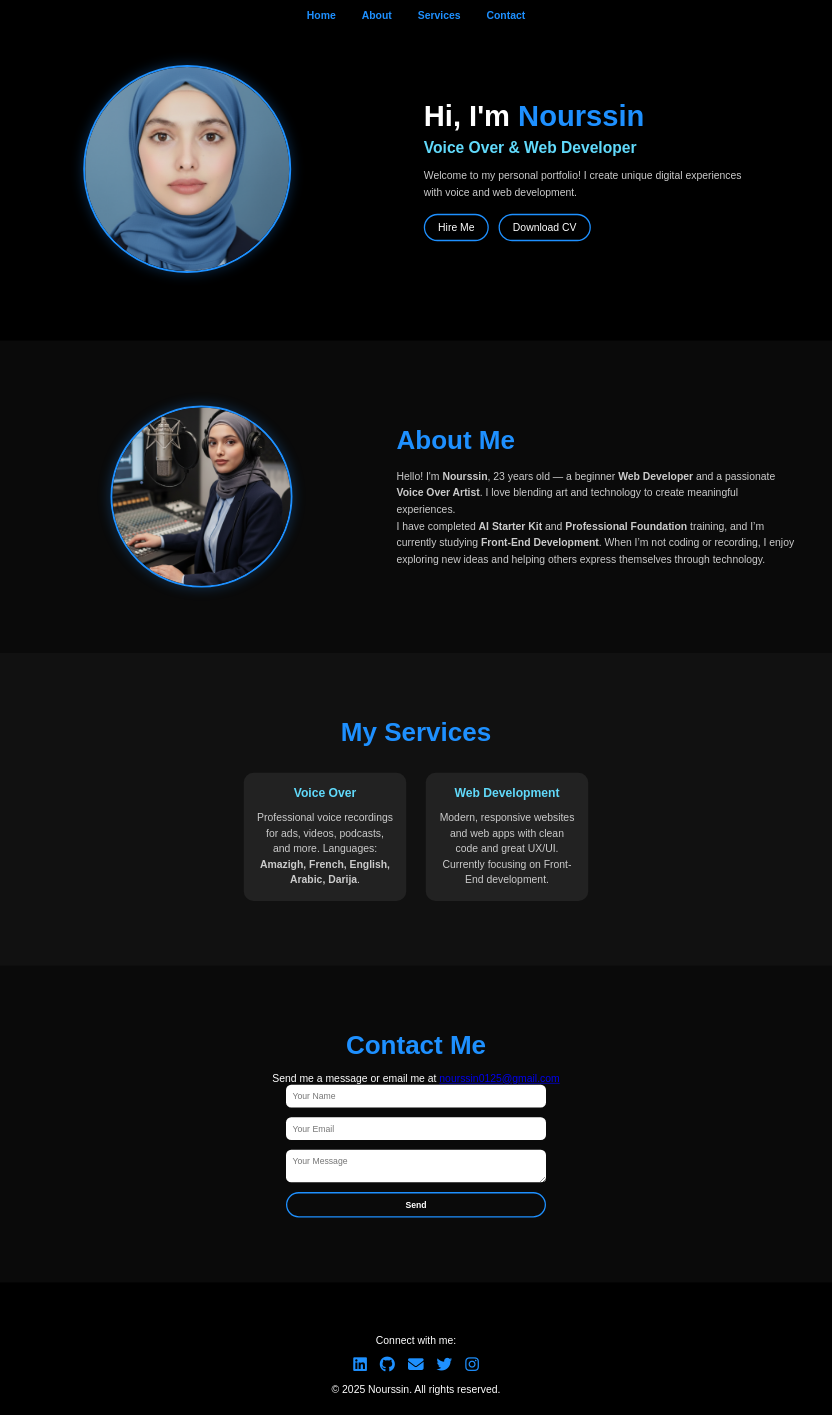
Repository: Abidar-Noura/portfolio
Page: index.html
These files come from the project's save history. The page is drawn as it stood at one moment and after the next save; the edit follows.
The browser window is 1280 px wide. The pictures show the whole page, at 65% of full size.

Above is the page before, as saved 2025-11-02 13:12:30.

### index.html
<!DOCTYPE html>
<html lang="en">
<head>
  <link rel="stylesheet" href="https://cdnjs.cloudflare.com/ajax/libs/font-awesome/6.4.0/css/all.min.css"/>
  <meta charset="UTF-8">
  <meta name="viewport" content="width=device-width, initial-scale=1.0">
  <title>Portfolio - Nourssin</title>
  <link rel="stylesheet" href="style.css">
</head>
<body>

  <!-- ===== HEADER / NAVIGATION ===== -->
  <header>
    <nav>
      <ul>
        <li><a href="#home">Home</a></li>
        <li><a href="#about">About</a></li>
        <li><a href="#services">Services</a></li>
        <li><a href="#contact">Contact</a></li>
      </ul>
    </nav>
  </header>

  <!-- ===== HOME SECTION ===== -->
  <section class="home" id="home">
    <div class="home-content">
      <h1>Hi, I'm <span>Nourssin</span></h1>
      <h2>Voice Over & Web Developer</h2>
      <p>Welcome to my personal portfolio! I create unique digital experiences with voice and web development.</p>
      <div class="buttons">
        <a href="#contact" class="btn hire">Hire Me</a>
        <a href="files/Nourssin-CV.pdf" class="btn" download>Download CV</a>

      </div>
    </div>
    <div class="home-img">
      <img src="images/profile.png" alt="Nourssin Profile">
    </div>
  </section>



  <!-- ===== ABOUT SECTION ===== -->
 <section id="about" class="about">
  <div class="about-content">

    <!-- الصورة فاليسار -->
    <div class="about-img">
      <img src="images/nourssin-about.png" alt="Nourssin About Photo">
    </div>

    <!-- النص فاليمين -->
    <div class="about-text">
      <h2>About Me</h2>
      <p>
        Hello! I'm <strong>Nourssin</strong>, 23 years old — a beginner <strong>Web Developer</strong> and a passionate <strong>Voice Over Artist</strong>.
        I love blending art and technology to create meaningful experiences.
      </p>
      <p>
        I have completed <strong>AI Starter Kit</strong> and <strong>Professional Foundation</strong> training, and I’m currently studying <strong>Front-End Development</strong>.
        When I’m not coding or recording, I enjoy exploring new ideas and helping others express themselves through technology.
      </p>
    </div>

  </div>
</section>




  <!-- ===== SERVICES SECTION ===== -->
  <section id="services" class="services">
  <h2>My Services</h2>

  <div class="service-cards">

    <!-- Voice Over -->
    <div class="card">
      <h3>Voice Over</h3>
      <p>
        Professional voice recordings for ads, videos, podcasts, and more.
        Languages: <strong>Amazigh, French, English, Arabic, Darija</strong>.
      </p>
    </div>

    <!-- Web Development -->
    <div class="card">
      <h3>Web Development</h3>
      <p>
        Modern, responsive websites and web apps with clean code and great UX/UI.
        Currently focusing on Front-End development.
      </p>
    </div>

  </div>
</section>

  <!-- ===== CONTACT SECTION ===== -->
  <section class="contact" id="contact">
    <h2>Contact Me</h2>
    <p>Send me a message or email me at <a href="mailto:nourssin0125@gmail.com">nourssin0125@gmail.com</a></p>
    <form>
      <input type="text" placeholder="Your Name" required>
      <input type="email" placeholder="Your Email" required>
      <textarea placeholder="Your Message" required></textarea>
      <button type="submit">Send</button>
    </form>
  </section>
<!-- ===== FOOTER ===== -->
<footer>
  <p>Connect with me:</p>
  <div class="footer-socials">
    <a href="https://www.linkedin.com/in/nourssin" target="_blank"><i class="fab fa-linkedin"></i></a>
    <a href="https://github.com/Nourssin" target="_blank"><i class="fab fa-github"></i></a>
    <a href="mailto:nourssin@example.com"><i class="fas fa-envelope"></i></a>
    <a href="https://twitter.com/Nourssin" target="_blank"><i class="fab fa-twitter"></i></a>
    <a href="https://instagram.com/Nourssin" target="_blank"><i class="fab fa-instagram"></i></a>
  </div>
  <p>&copy; 2025 Nourssin. All rights reserved.</p>
</footer>

</body>
</html>

### style.css
/* ===== RESET ===== */
* {
  margin: 0;
  padding: 0;
  box-sizing: border-box;
  font-family: 'Poppins', sans-serif;
}

/* ===== BODY ===== */
body {
  background-color: #000;
  color: #fff;
  scroll-behavior: smooth;
}

/* ===== HEADER ===== */
header {
  position: fixed;
  top: 0;
  width: 100%;
  background-color: #000;
  z-index: 1000;
  padding: 15px 0;
}

header nav ul {
  display: flex;
  justify-content: center;
  list-style: none;
  gap: 40px;
}

header nav ul li a {
  text-decoration: none;
  color: #1E90FF;
  font-weight: bold;
  transition: 0.3s;
}

header nav ul li a:hover {
  color: #61dafb;
}

/* ===== HOME SECTION ===== */
.home {
  display: flex;
  align-items: center;
  justify-content: space-between;
  padding: 100px 10%;
  background-color: #000;
  color: #fff;
  flex-wrap: wrap;
}

/* الصورة فاليسار */
.home-img {
  order: 1;
}

.home-img img {
  width: 320px;
  height: 320px;
  border-radius: 50%;
  border: 3px solid #1E90FF;
  object-fit: cover;
  box-shadow: 0 0 20px rgba(30,144,255,0.3);
  transition: transform 0.3s ease;
}

.home-img img:hover {
  transform: scale(1.05) rotate(2deg);
}

/* النص فاليمين */
.home-content {
  max-width: 500px;
  order: 2;
}

.home-content h1 {
  font-size: 2.8rem;
  margin-bottom: 10px;
}

.home-content h1 span {
  color: #1E90FF;
}

.home-content h2 {
  color: #61dafb;
  font-size: 1.5rem;
  margin-bottom: 15px;
}

.home-content p {
  color: #ccc;
  margin-bottom: 20px;
  line-height: 1.6;
}

.buttons {
  display: flex;
  gap: 15px;
}

.btn {
  text-decoration: none;
  color: white;
  padding: 10px 20px;
  border: 2px solid #1E90FF;
  border-radius: 25px;
  transition: 0.3s;
}

.btn:hover {
  background-color: #1E90FF;
  color: black;
}

/* ===== ABOUT SECTION ===== */
.about {
  padding: 100px 50px;
  background-color: #0a0a0a;
  color: #fff;
}

.about-content {
  display: flex;
  align-items: center;
  justify-content: space-between;
  gap: 40px;
  flex-wrap: wrap;
}

.about-text {
  flex: 1 1 400px;
}

.about-text h2 {
  color: #1E90FF;
  font-size: 2.5rem;
  margin-bottom: 20px;
}

.about-text p {
  color: #ccc;
  line-height: 1.6;
}

.about-img {
  flex: 1 1 300px;
  display: flex;
  justify-content: center;
}

.about-img img {
  width: 280px;
  height: 280px;
  border-radius: 50%;
  border: 3px solid #1E90FF;
  object-fit: cover;
  box-shadow: 0 0 20px rgba(30,144,255,0.3);
}

/* ===== SERVICES SECTION ===== */
.services {
  padding: 100px 50px;
  background-color: #111;
  color: #fff;
  text-align: center;
}

.services h2 {
  color: #1E90FF;
  margin-bottom: 40px;
  font-size: 2.5rem;
}

.service-cards {
  display: flex;
  flex-wrap: wrap;
  gap: 30px;
  justify-content: center;
}

.card {
  background-color: #222;
  padding: 20px;
  border-radius: 15px;
  width: 250px;
  transition: transform 0.3s, box-shadow 0.3s;
}

.card:hover {
  transform: translateY(-10px);
  box-shadow: 0 10px 20px rgba(30, 144, 255, 0.5);
}

.card h3 {
  color: #61dafb;
  margin-bottom: 15px;
}

.card p {
  color: #ccc;
  line-height: 1.5;
}

/* ===== CONTACT SECTION ===== */
.contact {
  padding: 100px 50px;
  background-color: #0a0a0a;
  color: #fff;
  text-align: center;
}

.contact h2 {
  color: #1E90FF;
  margin-bottom: 20px;
  font-size: 2.5rem;
}

.contact form {
  display: flex;
  flex-direction: column;
  gap: 15px;
  max-width: 400px;
  margin: 0 auto;
}

.contact input, .contact textarea {
  padding: 10px;
  border-radius: 8px;
  border: none;
}

.contact button {
  padding: 10px;
  border-radius: 25px;
  border: 2px solid #1E90FF;
  background-color: transparent;
  color: #fff;
  font-weight: bold;
  cursor: pointer;
  transition: 0.3s;
}

.contact button:hover {
  background-color: #1E90FF;
  color: black;
}

/* ===== RESPONSIVE ===== */
@media (max-width: 900px) {
  .home {
    flex-direction: column;
    text-align: center;
  }

  .home-img, .home-content {
    order: unset;
  }

  .home-img img {
    width: 250px;
    height: 250px;
    margin-bottom: 20px;
  }

  .about-content {
    flex-direction: column;
    text-align: center;
  }

  .about-img {
    margin-bottom: 20px;
  }
}
/* ===== Responsive (phones & tablets) ===== */
@media (max-width: 900px) {
  /* نخلي العناصر فوق بعضها */
  .home {
    flex-direction: column;
    text-align: center;
  }

  /* الصورة تطلع فوق */
  .home-img {
    order: 1;
  }

  /* النص ينزل تحت */
  .home-content {
    order: 2;
  }

  .home-img img {
    width: 250px;
    height: 250px;
    margin-bottom: 25px;
  }

  .home-content h1 {
    font-size: 2rem;
  }

  .home-content h2 {
    font-size: 1.2rem;
  }

  .home-content p {
    font-size: 0.95rem;
  }

  .buttons {
    justify-content: center;
  }
}
footer {
  background-color: #000;
  color: #fff;
  text-align: center;
  padding: 30px 20px;
  margin-top: 50px;
}

.footer-socials {
  display: flex;
  justify-content: center;
  gap: 20px;
  margin: 15px 0;
}

.footer-socials a {
  color: #1E90FF;
  font-size: 1.5rem;
  transition: 0.3s;
}

.footer-socials a:hover {
  color: #61dafb;
  transform: scale(1.2);
}

After the next save:
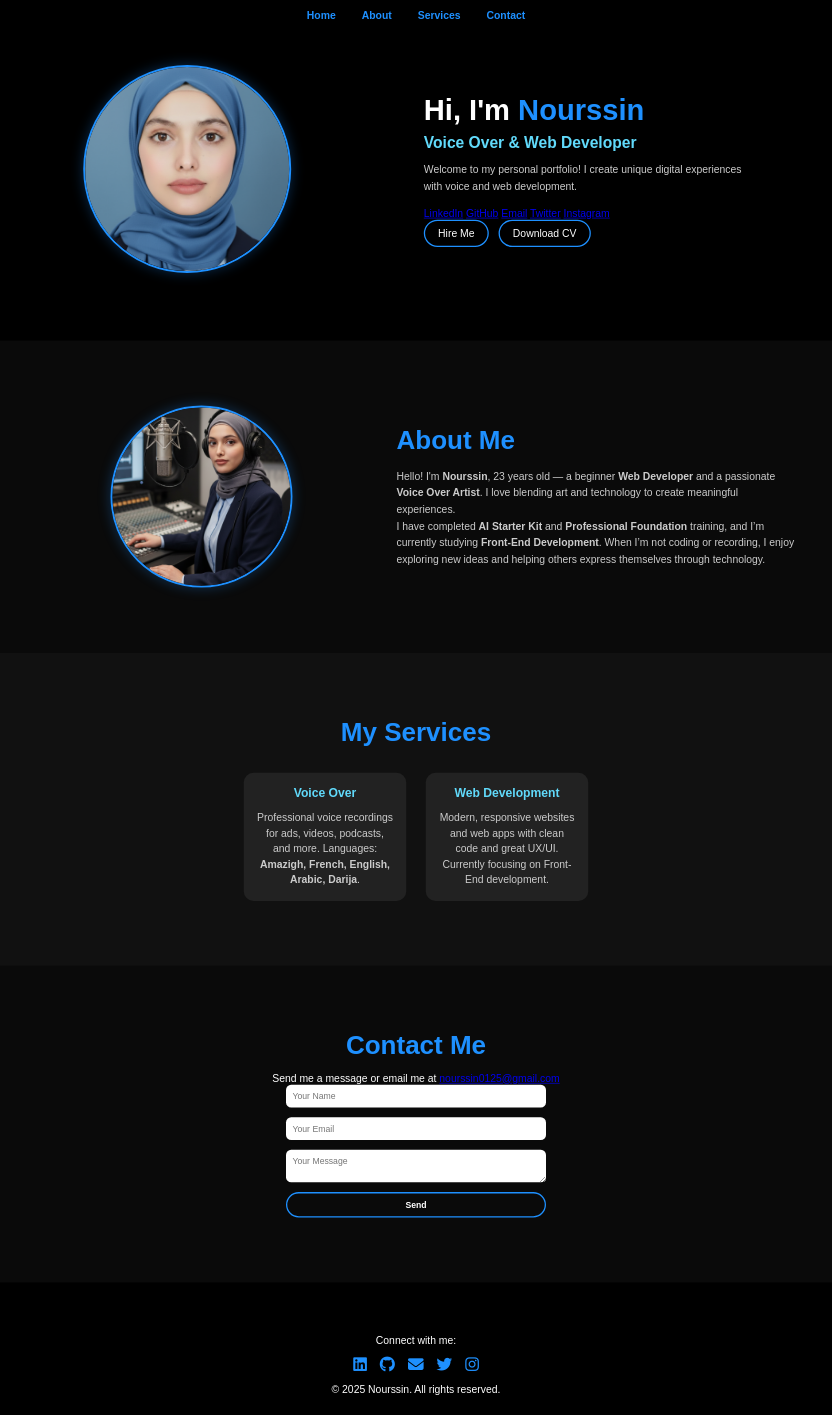
Saved 4 min 57 s later.
--- a/index.html
+++ b/index.html
@@ -27,6 +27,15 @@
       <h1>Hi, I'm <span>Nourssin</span></h1>
       <h2>Voice Over & Web Developer</h2>
       <p>Welcome to my personal portfolio! I create unique digital experiences with voice and web development.</p>
+       <!-- SOCIAL ICONS -->
+        <div class="socials">
+          <a href="https://www.linkedin.com/in/nourssin" target="_blank">LinkedIn</a>
+          <a href="https://github.com/Nourssin" target="_blank">GitHub</a>
+          <a href="mailto:nourssin0125@gmail.com">Email</a>
+          <a href="https://twitter.com/Nourssin" target="_blank">Twitter</a>
+          <a href="https://instagram.com/Nourssin" target="_blank">Instagram</a>
+        </div>
+
       <div class="buttons">
         <a href="#contact" class="btn hire">Hire Me</a>
         <a href="files/Nourssin-CV.pdf" class="btn" download>Download CV</a>
